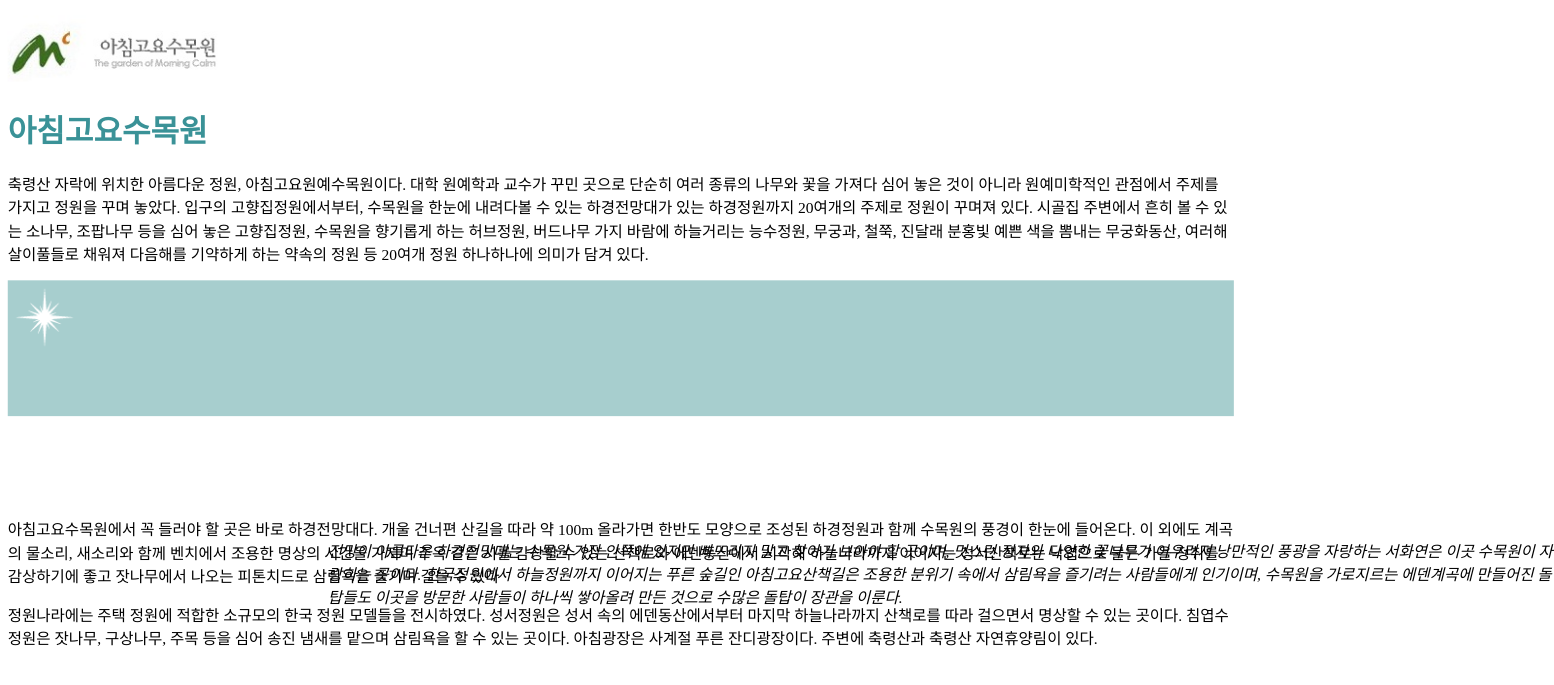
Repository: sonic247897/multicampus-web
Page: clientweb/WebContent/css/boxmodel_exam.html
These files come from the project's save history. The page is drawn as it stood at one moment and after the next save; the edit follows.
The browser window is 1280 px wide. The page is 1602 px wide, then 1280 px, so the pictures cover 1602 px, including what lies to the right of the window. The pictures show the whole page, at 97% of full size.

Above is the page before, as saved 2020-01-03 06:24:16.

After the next save:
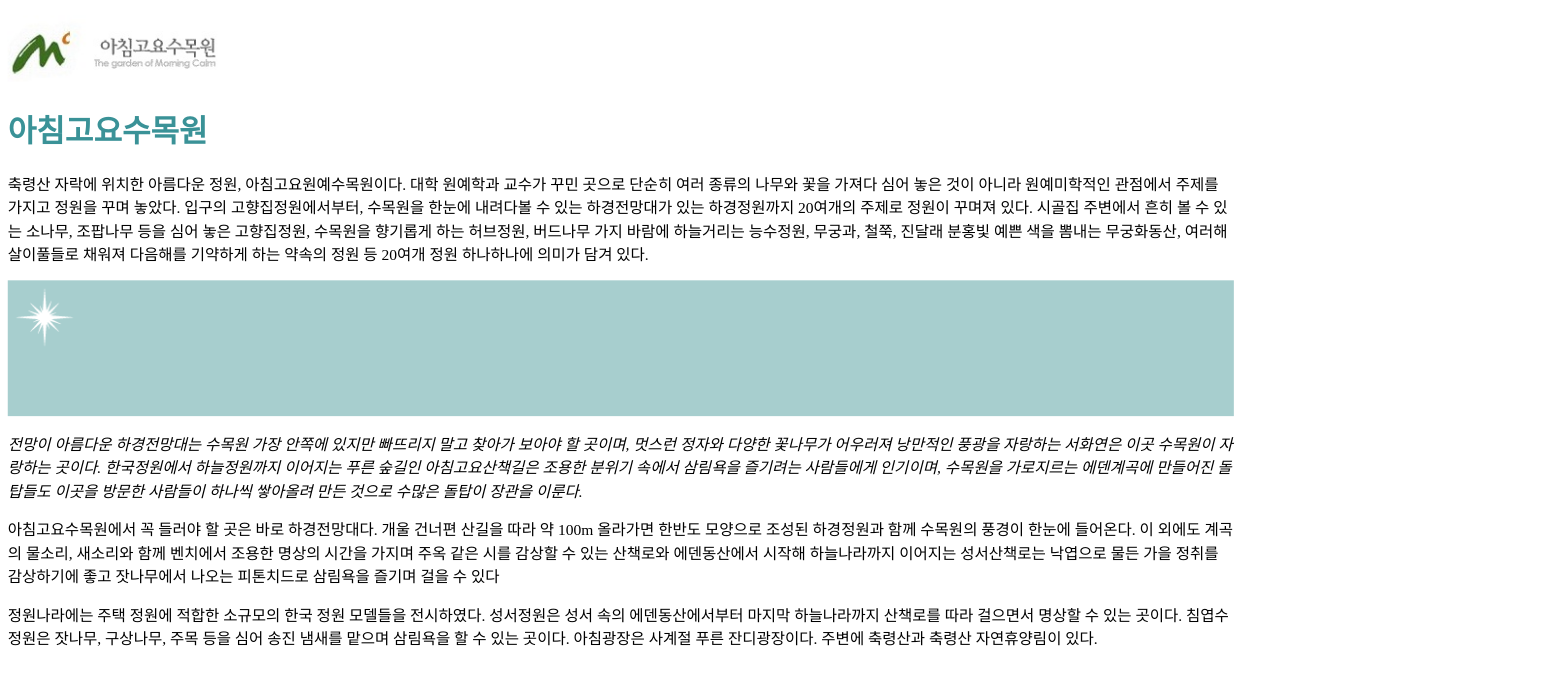
Saved 9 s later.
--- a/clientweb/WebContent/css/boxmodel_exam.html
+++ b/clientweb/WebContent/css/boxmodel_exam.html
@@ -15,9 +15,6 @@
 			background-repeat: no-repeat;
 		}
 		#mydiv2{
-			position: relative;
-			top:110px;
-			left:330px;
 			font-style: italic;
 		}
 	</style>
